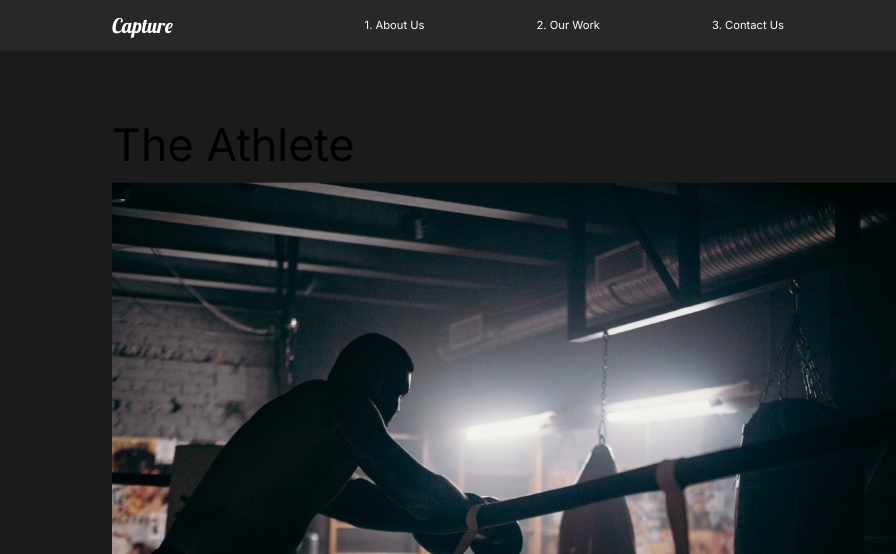
Repository: programmingwithlevi/capture
Page: /OurWork
These files come from the project's save history. The page is drawn as it stood at one moment and after the next save; the edit follows.
The browser window is 1280 px wide. The pictures show the part of the page from y = 0 to 1920 px (the page is 792 px tall before and 5628 px after), at 70% of full size.
The project was rebuilt for these pictures with package versions that can differ from the ones it lists, and the page was loaded fresh each time. A package was used in the major version that the imports need, not the one package.json lists. Also part of the build but not shown: src/styles.js, src/components/AboutSection.js, src/components/ServicesSection.js, src/components/FaqSection.js, src/pages/AboutUs.js, src/pages/ContactUs.js.

Above is the page before, as saved 2021-12-04 23:31:01.

### public/index.html
<!DOCTYPE html>
<html lang="en">
  <head>
    <meta charset="utf-8" />
    <link rel="icon" href="%PUBLIC_URL%/favicon.ico" />
    <meta name="viewport" content="width=device-width, initial-scale=1" />
    <meta name="theme-color" content="#000000" />
    <meta
      name="description"
      content="Web site created using create-react-app"
    />
    <link rel="preconnect" href="https://fonts.googleapis.com">
<link rel="preconnect" href="https://fonts.gstatic.com" crossorigin>
<link href="https://fonts.googleapis.com/css2?family=Inter:wght@400;700&family=Lato:wght@400;700&display=swap" rel="stylesheet">
<link rel="preconnect" href="https://fonts.googleapis.com">
<link rel="preconnect" href="https://fonts.gstatic.com" crossorigin>
<link href="https://fonts.googleapis.com/css2?family=Inter:wght@400;700&family=Lato:wght@400;700&family=Lobster&display=swap" rel="stylesheet">
    <link rel="apple-touch-icon" href="%PUBLIC_URL%/logo192.png" />
    <!--
      manifest.json provides metadata used when your web app is installed on a
      user's mobile device or desktop. See https://developers.google.com/web/fundamentals/web-app-manifest/
    -->
    <link rel="manifest" href="%PUBLIC_URL%/manifest.json" />
    <!--
      Notice the use of %PUBLIC_URL% in the tags above.
      It will be replaced with the URL of the `public` folder during the build.
      Only files inside the `public` folder can be referenced from the HTML.

      Unlike "/favicon.ico" or "favicon.ico", "%PUBLIC_URL%/favicon.ico" will
      work correctly both with client-side routing and a non-root public URL.
      Learn how to configure a non-root public URL by running `npm run build`.
    -->
    <title>Capture</title>
  </head>
  <body>
    <noscript>You need to enable JavaScript to run this app.</noscript>
    <div id="root"></div>
    <!--
      This HTML file is a template.
      If you open it directly in the browser, you will see an empty page.

      You can add webfonts, meta tags, or analytics to this file.
      The build step will place the bundled scripts into the <body> tag.

      To begin the development, run `npm start` or `yarn start`.
      To create a production bundle, use `npm run build` or `yarn build`.
    -->
  </body>
</html>

### src/index.js
import React from 'react';
import ReactDOM from 'react-dom';

import App from './App';
import reportWebVitals from './reportWebVitals';
import {BrowserRouter} from 'react-router-dom';

ReactDOM.render(
  <React.StrictMode>
    <BrowserRouter>
    <App />
    </BrowserRouter>
  </React.StrictMode>,
  document.getElementById('root')
);

// If you want to start measuring performance in your app, pass a function
// to log results (for example: reportWebVitals(console.log))
// or send to an analytics endpoint. Learn more: https://bit.ly/CRA-vitals
reportWebVitals();

### src/App.js
import React from "react";
//import pages
import AboutUs from '../src/pages/AboutUs';
import GlobalStyle from "./components/GlobalStyle";
import ContactUs from "./pages/ContactUs";
import OurWork from "./pages/OurWork";
import Nav from "./components/Nav";
import {Routes,Route} from "react-router-dom";

function App() {
  return (
    <div className="App">

        <GlobalStyle />

        <Nav />

        <Routes>
          <Route path="/" element={<AboutUs />} />

          <Route path="/ContactUs" element={<ContactUs />} />

          <Route path="/OurWork" element={<OurWork />} />
        </Routes>

    </div>
  );
}

export default App;

### src/components/GlobalStyle.js
import {createGlobalStyle} from 'styled-components';

const GlobalStyle = createGlobalStyle`
*{
   margin: 0;
   padding: 0;
   box-sizing: border-box
}
body{
    background: #1b1b1b;
    font-family: 'Inter', sans-serif;
}
button{
    font-weight: bold;
    font-size: 1.1.rem;
    padding: 1rem 2rem;
    border: 3px solid #23d997;
    background: transparent;
    color: white;
    transition: all 0.5s ease;
    font-family: 'Inter', sans-serif;
    &:hover{
        background-color:  #23d997;
        color: white;
    }

}
h2{
       font-weight: lighter;
       font-size: 4rem;
    }
    h3{
        color: white;
    }
    h4{
        font-weight: bold;
        color: #23d997;
    }
    a{
        font-size: 1.1.rem;
    }
    span{
        font-weight: bold;
        color: #23d997;
    }
    p{
        padding: 3rem 0rem;
        color: #ccc;
        font-size: 1.4rem;
        line-height: 150%;
    }
`;
export default GlobalStyle;

### src/pages/OurWork.js
import React from "react";
import styled from "styled-components";
import {Link} from 'react-router-dom';
//images
import athlete from "../img/athlete-small.png";
import theracer2 from "../img/the-racer2.jpeg";
import goodtimes from "../img/goodtimes-small.png";
const OurWork = () => {
    return(
        <Work>
            <Movie>
                <h2>The Athlete</h2>
                <div className="line"></div>
                <Link to="/">
                <img src={athlete} alt="athlete" /></Link>
            </Movie>
            <Movie>
                <h2>The Racer</h2>
                <div className="line"></div>
                <Link to="/">
                <img src={theracer2} alt="theracer2" /></Link>
            </Movie>
            <Movie>
                <h2>Good Times</h2>
                <div className="line"></div>
                <Link to="/">
                <img src={goodtimes} alt="goodtimes" /></Link>
            </Movie>
        </Work>
    )
}

const Work = styled.div`
    min-height: 100vh;
    max-height: 10rem;
    overflow: hidden;
    padding: 5rem 10rem;
    h2{
        padding: 1rem 0rem;
    }
`;
const Movie = styled.div`
    padding-bottom: 10rem;
`;


export default OurWork;

### src/components/Nav.js
import React from 'react';
import styled from 'styled-components';
import {Link} from 'react-router-dom';

const Nav = () => {
    return(
        <StyledNav>
            <h1><Link id="logo" to="/">Capture</Link></h1>
            <ul>
                <li>
                    <Link to="/">1. About Us</Link>
                </li>
                <li>
                    <Link to="/OurWork">2. Our Work</Link>
                </li>
                <li>
                    <Link to="/ContactUs">3. Contact Us</Link>
                </li>
            </ul>
        </StyledNav>
    )
}

const StyledNav = styled.nav`
    min-height: 10vh;
    display: flex;
    margin: auto;
    justify-content: space-between;
    align-items: center;
    padding: 1rem 10rem;
    background: #282828;
    a{
        color: white;
        text-decoration: none;
    }
    ul{
        display: flex;
        list-style: none;
    }
    #logo{
        font-size: 1.8rem;
        font-family: 'Lobster', cursive;
        font-weight: lighter;
    }
    li{
        padding-left: 10rem;
        position: relative;
    }
`;

export default Nav;

Loaded but not shown: src/reportWebVitals.js (common file)

After the next save:
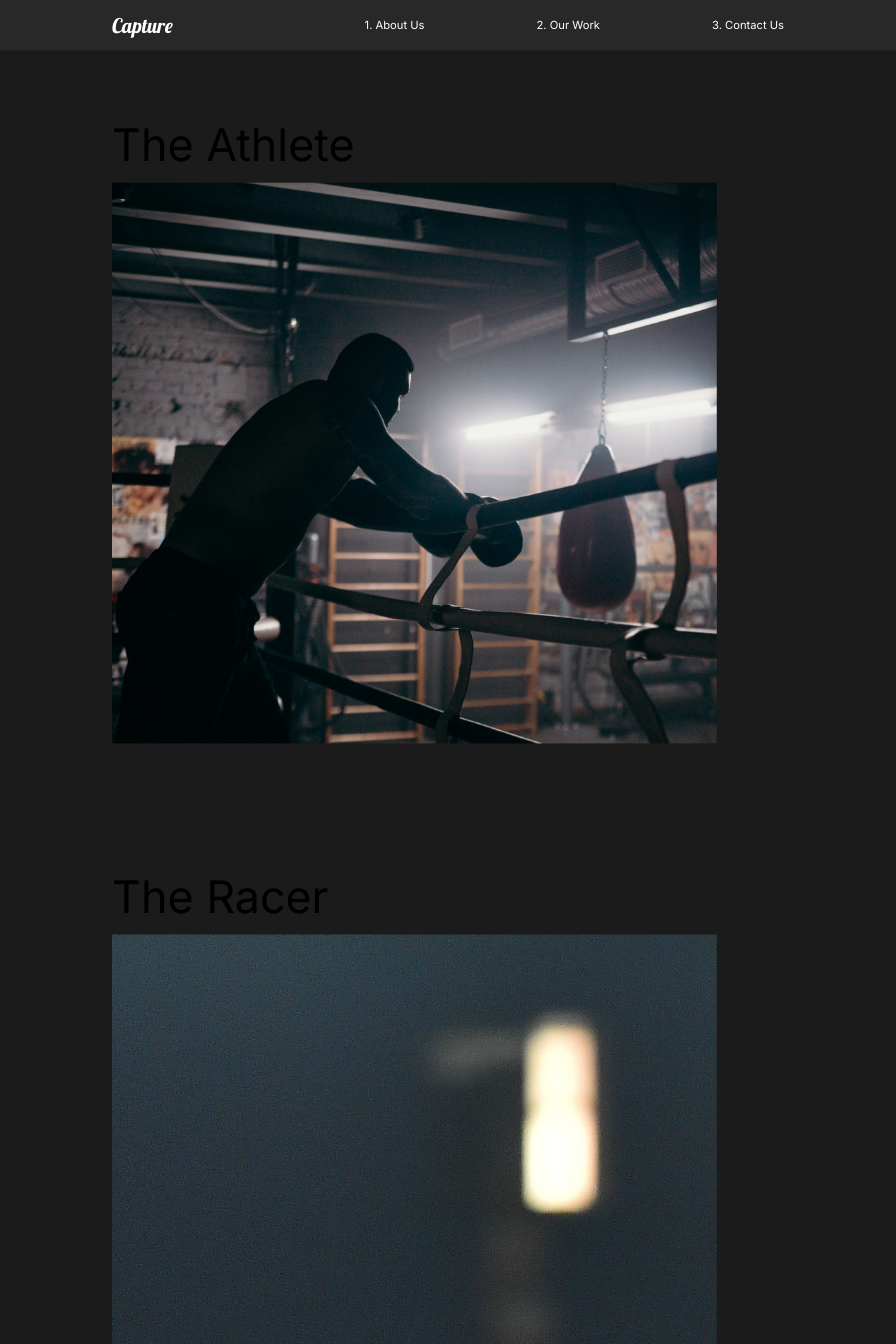
Saved 46 s later.
--- a/src/pages/OurWork.js
+++ b/src/pages/OurWork.js
@@ -32,7 +32,7 @@ const OurWork = () => {
 
 const Work = styled.div`
     min-height: 100vh;
-    max-height: 10rem;
+    max-width: 80%;
     overflow: hidden;
     padding: 5rem 10rem;
     h2{
